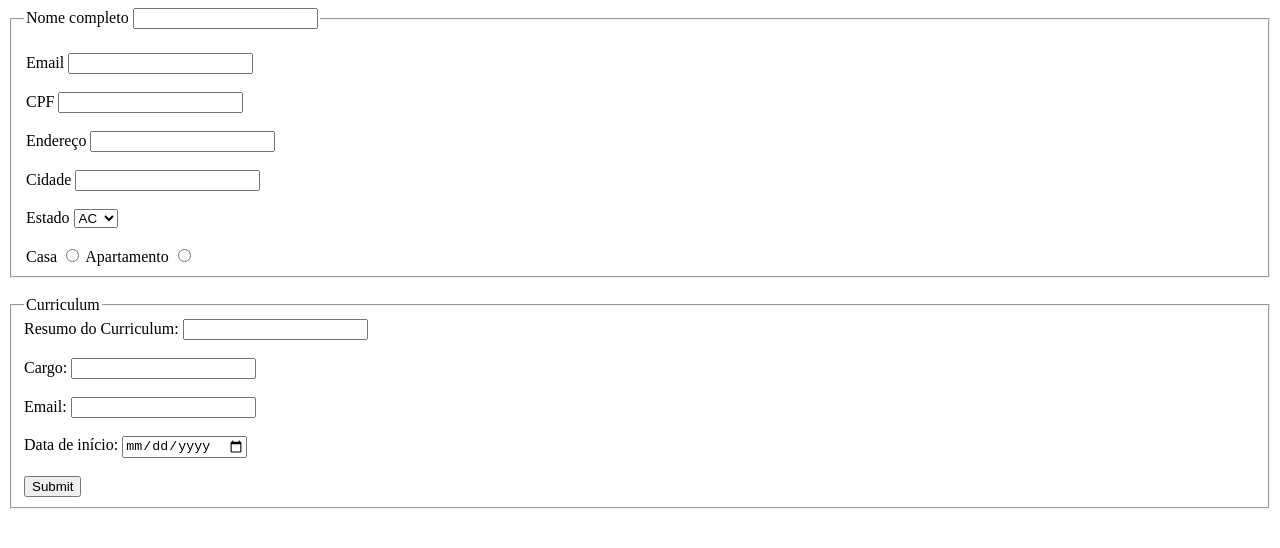
Repository: Parker9309/-trybe-exercises
Page: exercises/exercises-bloco6/html-e-css-forms-flexbox-e-responsivo_1/index.html
The author's editor kept a copy of each file at every save. The page is drawn from the files as they stood at one save, then again after the next save.
The browser window is 1280 px wide. The pictures show the whole page.

Above is the page before, as saved 2021-03-16 19:33:43.

### exercises/exercises-bloco6/html-e-css-forms-flexbox-e-responsivo_1/index.html
<!DOCTYPE html>
<html lang="pt-br">
<head>
  <meta charset="UTF-8">
  <meta http-equiv="X-UA-Compatible" content="IE=edge">
  <meta name="viewport" content="width=device-width, initial-scale=1.0">
  <title>Document</title>
</head>
<body>
  <form>
    <div id="forms">
    <fieldset>
      <legend>
        <label form="nome"> Nome completo
          <input type = "text" name="nome" id="nome" maxlength="40" required>
        </label>
      </legend>

  <br>

    <legend>
      <label form="mail"> Email
        <input type = "text" name="nome" id="mail" maxlength="50" required>
      </label>
    </legend>

  <br>

    <legend>
      <label form="cpf"> CPF
        <input type = "text" name="nome" id="cpf" maxlength="11" required>
      </label>
    </legend>

<br>

  <legend>
    <label form="nome"> Endereço
      <input type = "text" name="nome" id="endereço" maxlength="200" required>
    </label>
  </legend>

<br>

  <legend>
    <label form="nome"> Cidade
      <input type = "text" name="nome" id="city" maxlength="28" required>
    </label>
  </legend>

<br>

  <legend>
    <label form="nome"> Estado
      <select name="nome" id="estados" required>
    </label>
  </legend>

<br>

  <legend>
    <label form="nome"> Estado
      <select name="nome" id="estados" required>
    </label>
  </legend>

<br>

  <legend>
      <label form="nome">Casa</label>
      <input type="radio" name="nome" id="Moradia" required>
      <label form="nome">Apartamento</label>
      <input type="radio" name="nome" id="Moradia" required>
  </legend>
</fieldset>
<br>
<fieldset>
  <legend>Curriculum</legend>
  <label for="fname">Resumo do Curriculum:</label>
  <input type="text" id="fname" name="fname"><br><br>
  <label for="lname">Cargo:</label>
  <input type="text" id="lname" name="lname"><br><br>
  <label for="email">Email:</label>
  <input type="email" id="email" name="email"><br><br>
  <label for="dateofbegin">Data de início:</label>
  <input type="date" id="birthday" name="birthday"><br><br>
  <input type="submit" value="Submit">
</fieldset>
</div>
</form>
<script src = "script.js"></script>
</body>
</html>

### exercises/exercises-bloco6/html-e-css-forms-flexbox-e-responsivo_1/script.js
let opcoes = document.getElementById('estados');
function criarOpcoes() {
  let estadosBr = ['AC', 'AL', 'AP','AM', 'BA','CE', 'DF',
  'ES', 'GO', 'MA', 'MT', 'MS', 'MG', 'PA', 'PB', 'PR','PE', 'PI', 'RJ', 'RN', 'RS', 'RO', 'RR', 'SC', 'SP', 'SE', 'TO'];
  for (let stateIndex = 0; stateIndex < estadosBr.length; stateIndex += 1) {
    let opcao = document.createElement('option');
    opcao.value = estadosBr[stateIndex].toLowerCase();
    opcao.id = 'estados';
    opcao.innerHTML = estadosBr[stateIndex];
    opcoes.appendChild(opcao);
  }
}
criarOpcoes()

After the next save:
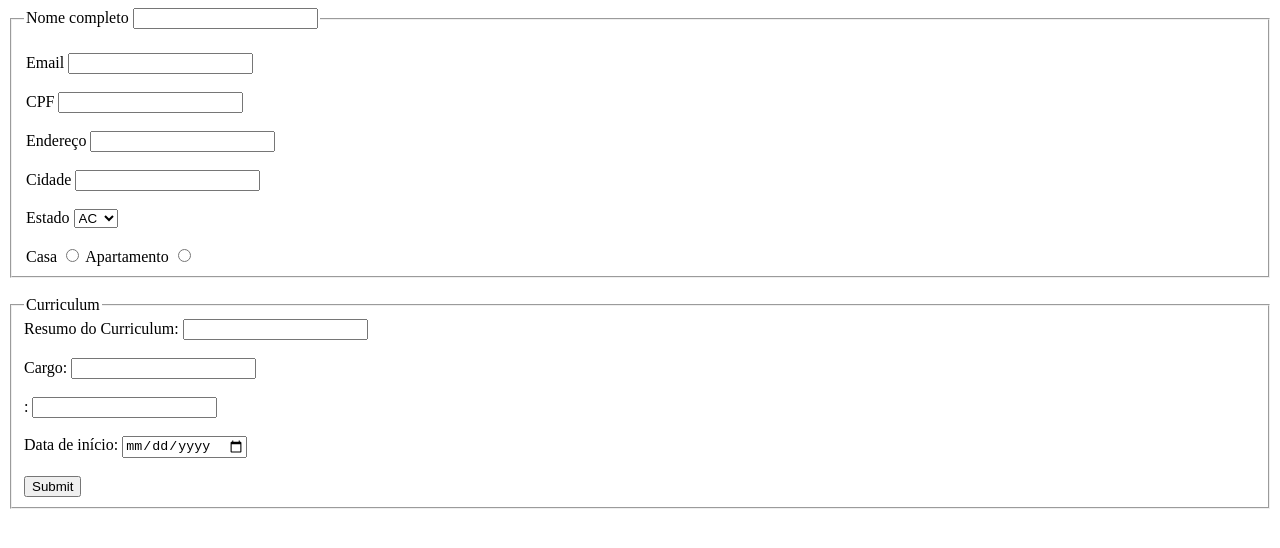
Saved 4 s later.
--- a/exercises/exercises-bloco6/html-e-css-forms-flexbox-e-responsivo_1/index.html
+++ b/exercises/exercises-bloco6/html-e-css-forms-flexbox-e-responsivo_1/index.html
@@ -80,7 +80,7 @@
   <input type="text" id="fname" name="fname"><br><br>
   <label for="lname">Cargo:</label>
   <input type="text" id="lname" name="lname"><br><br>
-  <label for="email">Email:</label>
+  <label for="email">:</label>
   <input type="email" id="email" name="email"><br><br>
   <label for="dateofbegin">Data de início:</label>
   <input type="date" id="birthday" name="birthday"><br><br>
